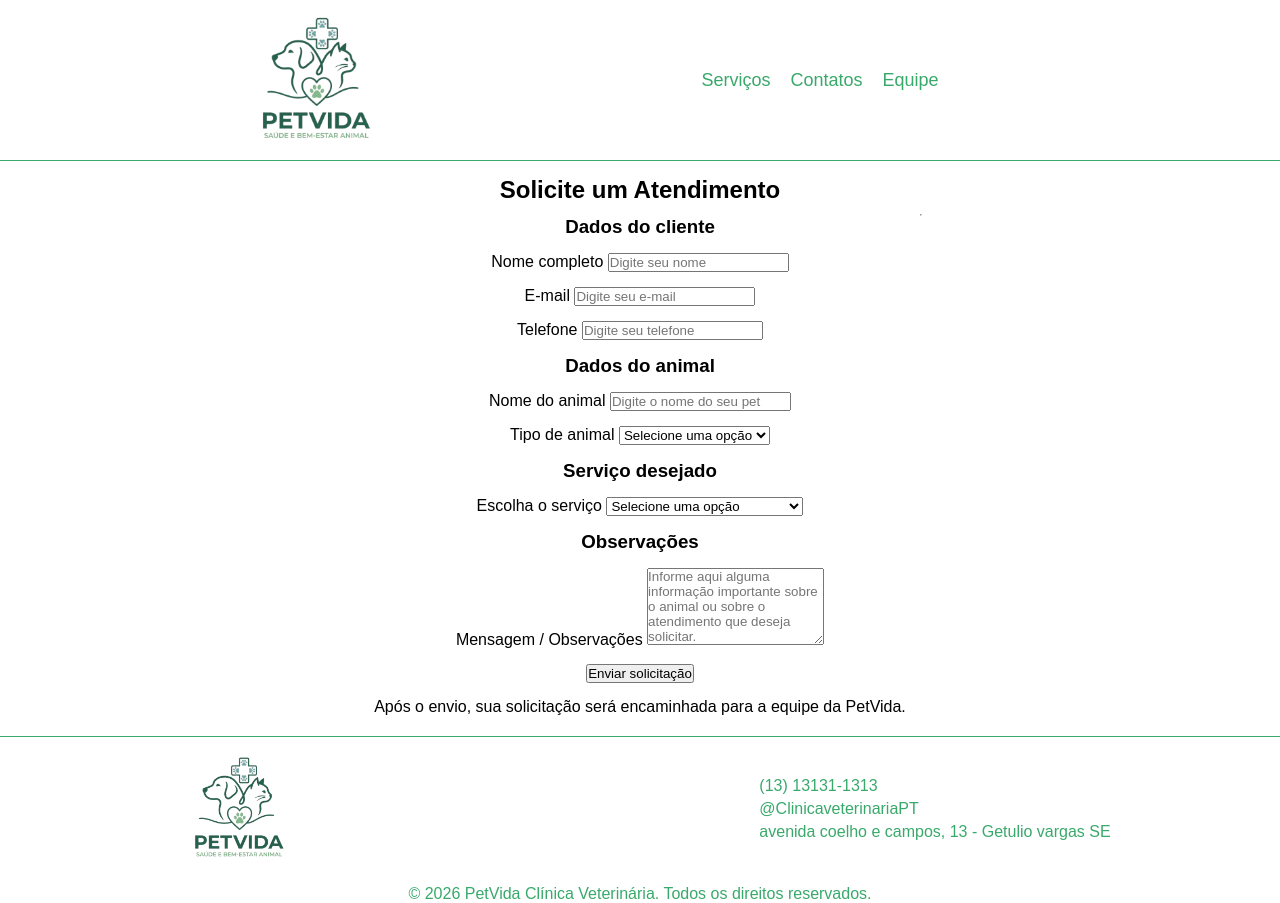
Repository: antonymsantana-design/Veterinario
Page: contatos.html
These files come from the project's save history. The page is drawn as it stood at one moment and after a run of saves; the edit follows.
The browser window is 1280 px wide. The pictures show the whole page.

Above is the page before, as saved 2026-10-03 18:54:36.

After the next 4 saves:
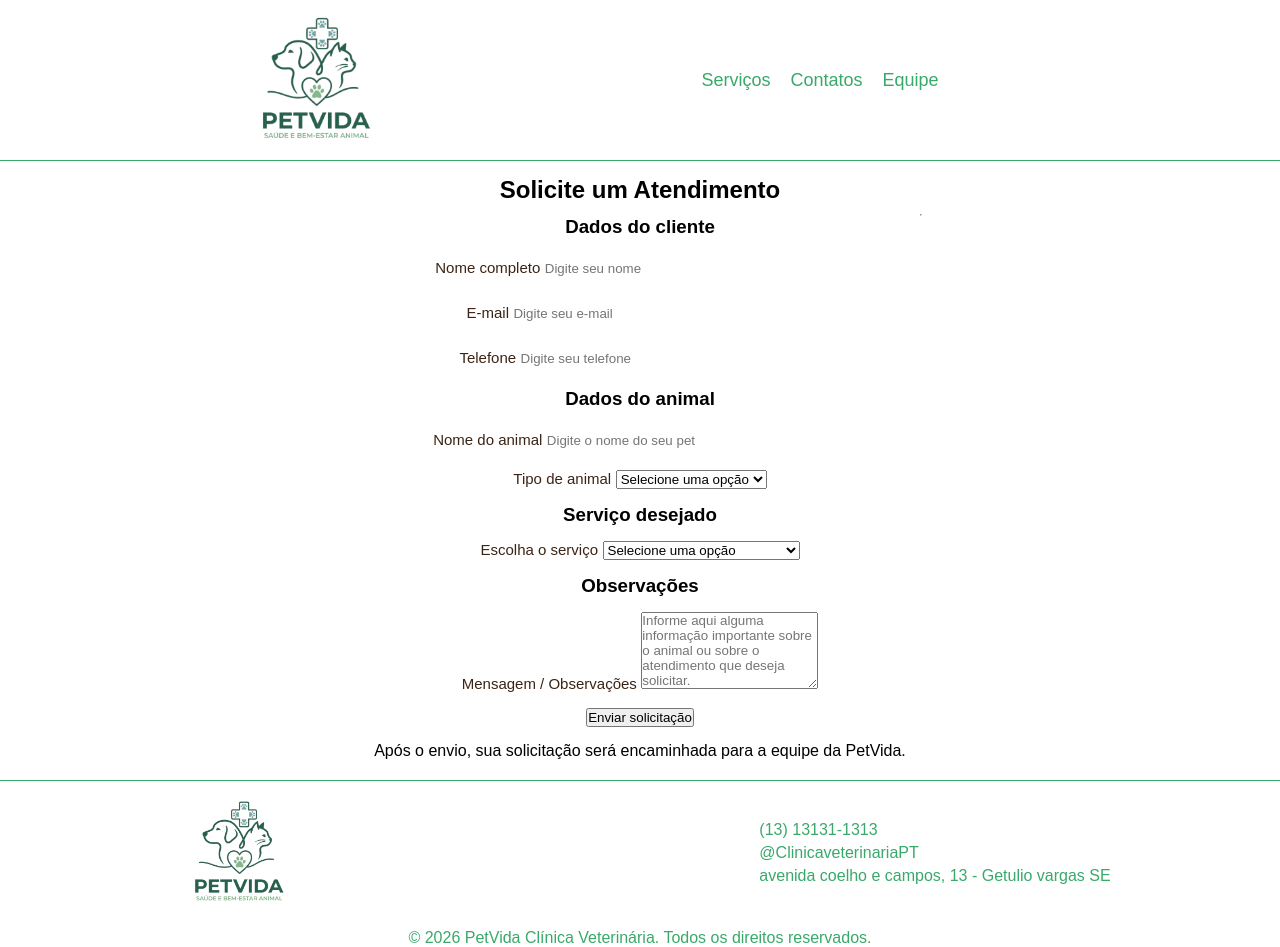
The 4 saves are shown as one change because they came seconds apart.
The last was saved 11 s later.
--- a/style.css
+++ b/style.css
@@ -358,7 +358,18 @@ form{
     border: none;
 }
 
-lab
+label{
+    font-size: 15px;
+    color: #3C2415;
+}
+
+input{
+
+    width: 300px;
+    height: 30px;
+    border-radius: 5px;
+    border: none;
+}
 
 /* celular */
 
